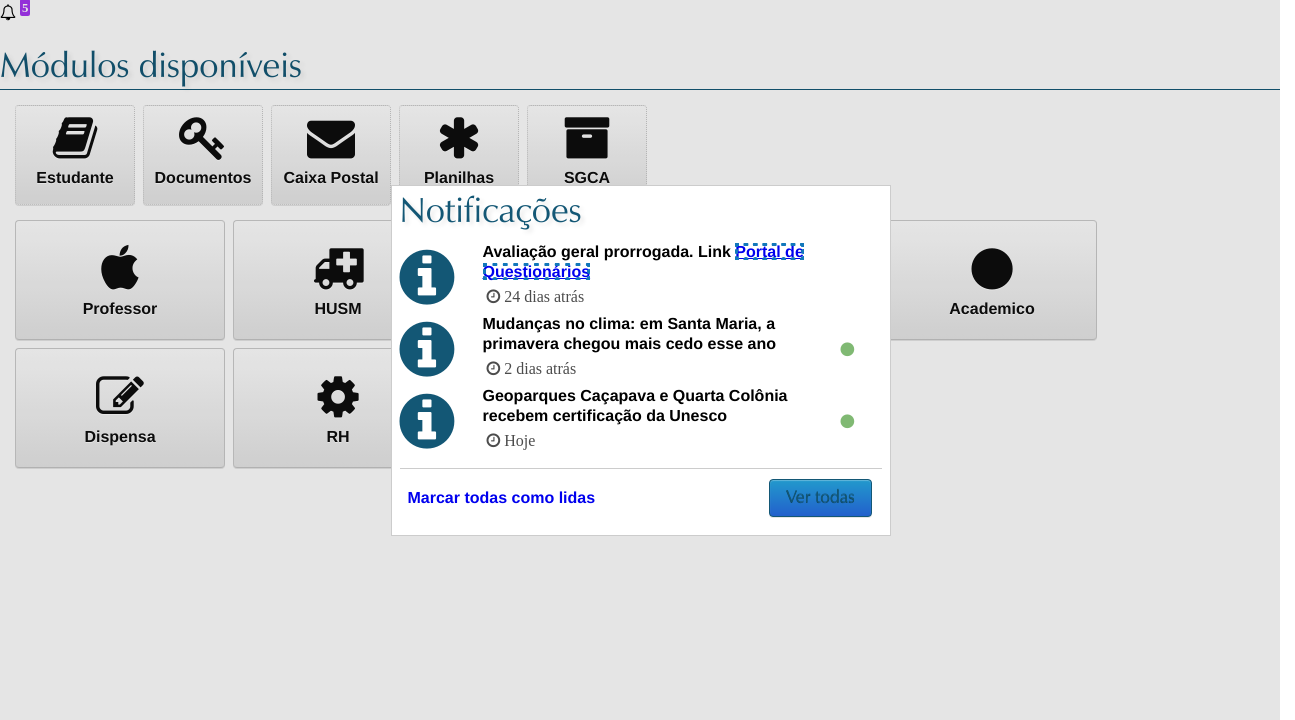
Repository: evertonagilar/study
Page: css/css-notificacao-dialog/index.html
The author's editor kept a copy of each file at every save. The page is drawn from the files as they stood at one save, then again after the next save.
The browser window is 1280 px wide. The page is 1295 px wide, so the pictures cover 1295 px, including what lies to the right of the window. The pictures show the whole page.
After loading, the first visible `span.dashboard-notificacoes-button` was clicked once.

Above is the page before, as saved 2023-09-11 22:18:44.

After the next save:
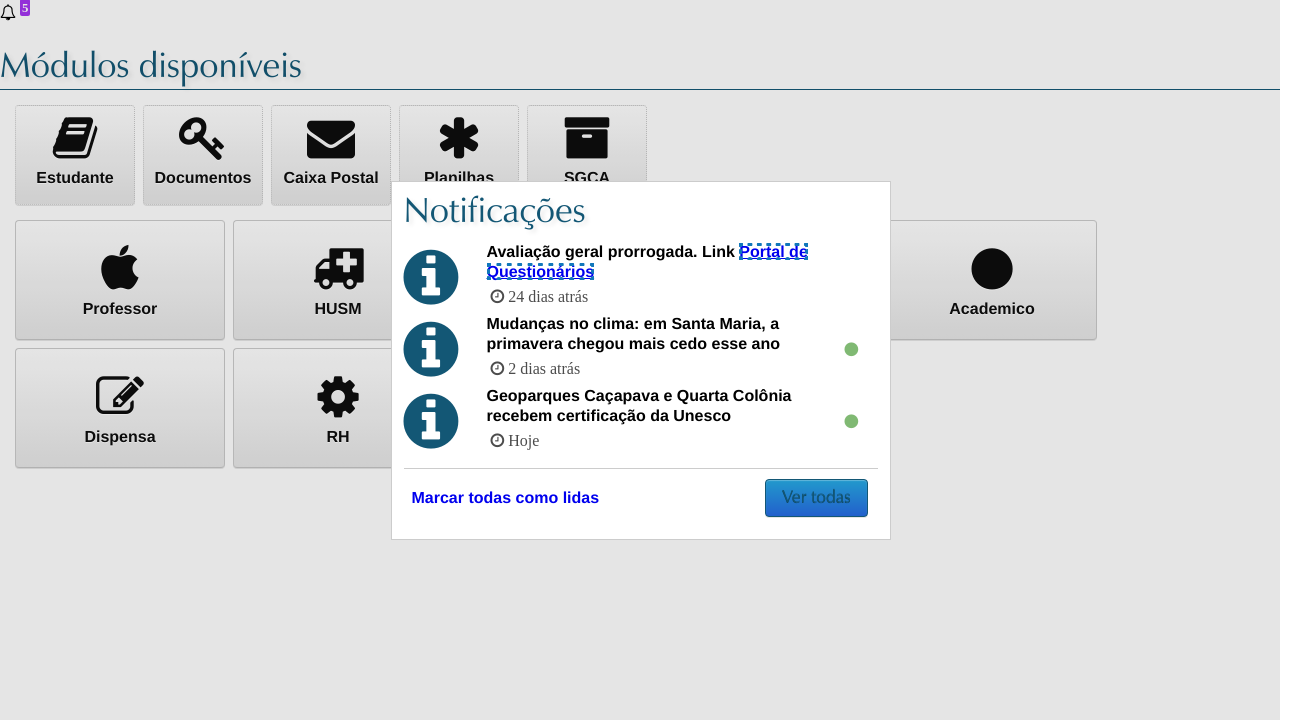
Saved 11 s later.
--- a/css/css-notificacao-dialog/css/style.css
+++ b/css/css-notificacao-dialog/css/style.css
@@ -139,7 +139,7 @@
     transition: all .2s ease;
     z-index: 200;
     border: 1px solid #ccc;
-    padding: 8px;
+    padding: 12px;
 
 
 }
